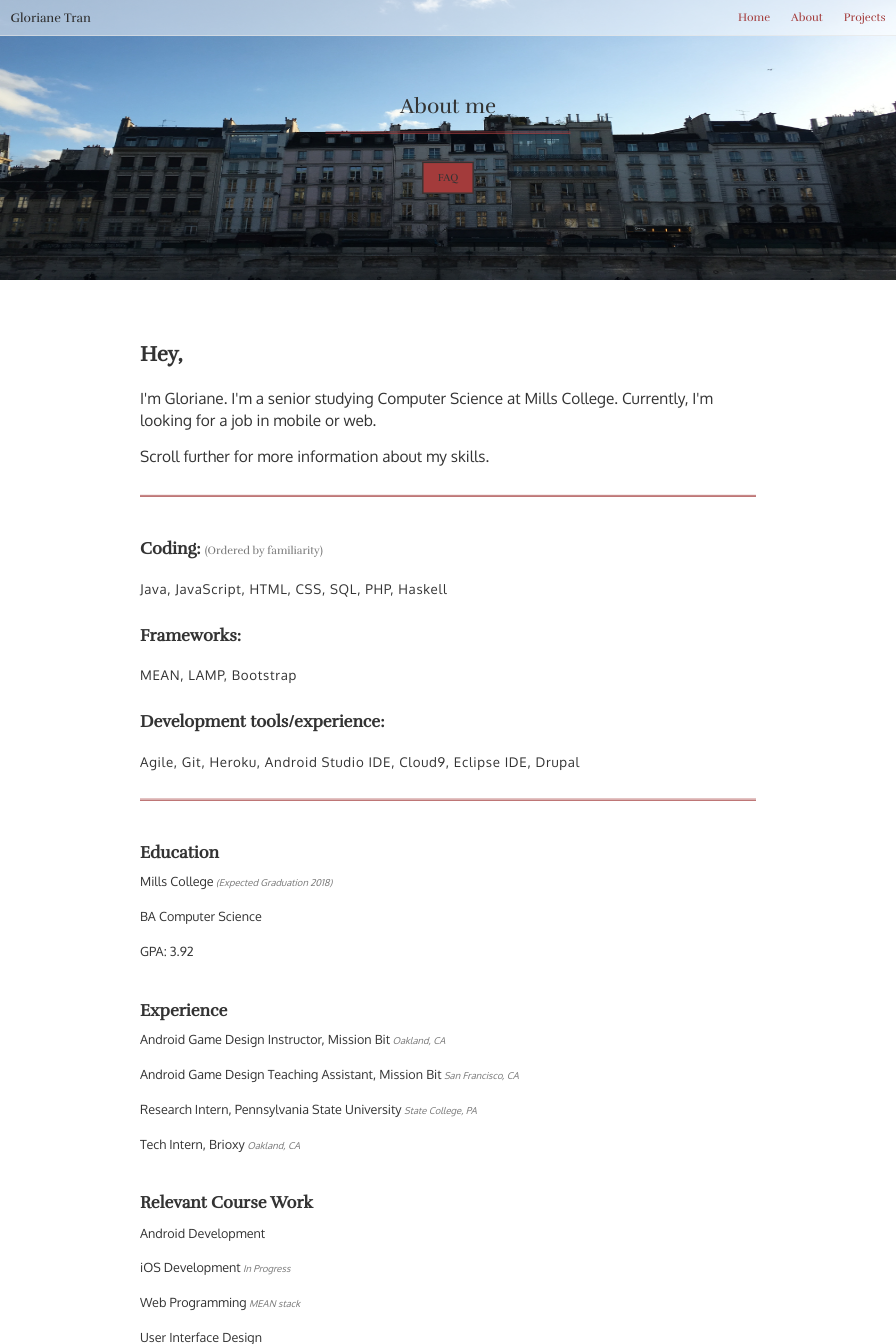
Repository: glorianetran/gloriane-web
Page: http://localhost/about
The author's editor kept a record of every edit. The page is drawn from the files as they stood at one moment, then again after the next edit.
The browser window is 1280 px wide. The pictures show the part of the page from y = 0 to 1920 px (the page is 2679 px tall), at 70% of full size.
The pointer rests on the first visible `.button`.
Some web libraries are served in a nearby version. The page is served by the project's Node server (app.js).

Above is the page before.

After the next edit:
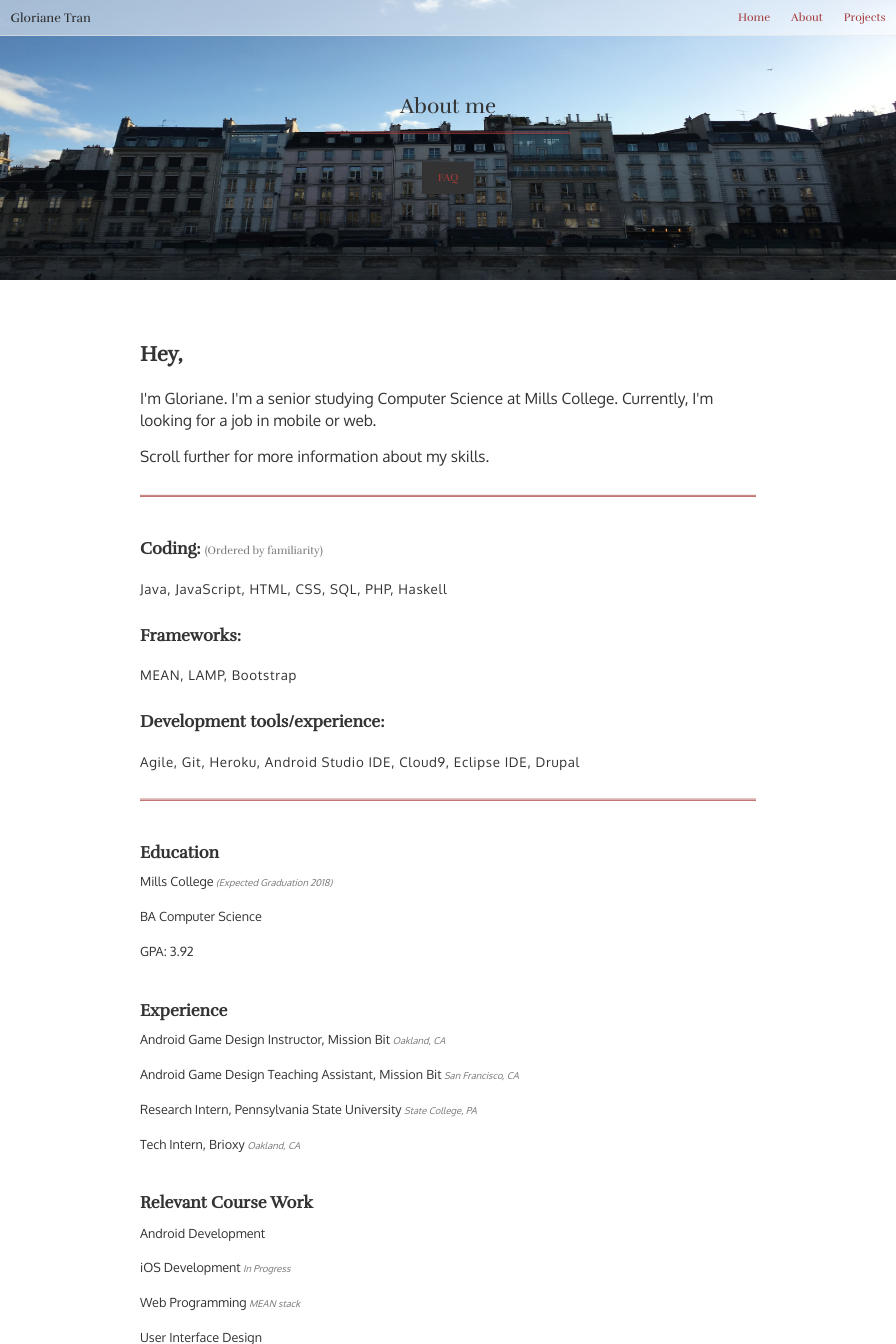
The edit:
--- a/public/stylesheets/about.css
+++ b/public/stylesheets/about.css
@@ -26,6 +26,9 @@
     background: #A33B3B;
     text-decoration: none;
     color: #333333;
+
+            background: #333333;
+        color: #A33B3B;
 }
 
 .jumbotron {
